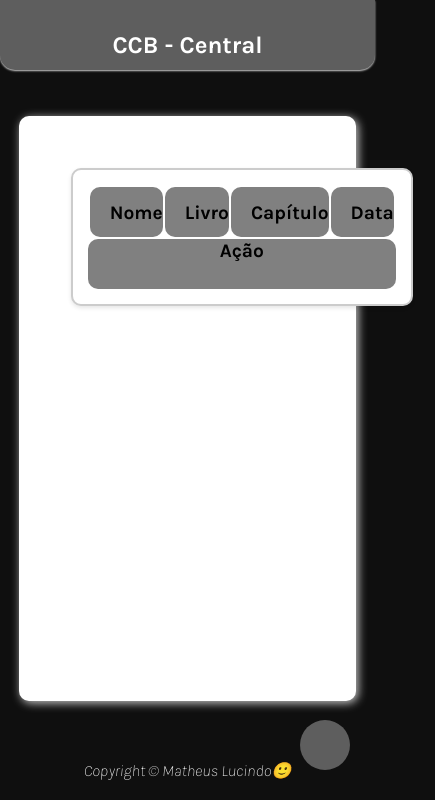
Repository: Matheus904-12/API-da-CCB
Page: index.html
An editor plug-in stored every save of this project. The page is shown before and after a run of saves, followed by the edit.
The browser window is 375 px wide. The page is 415 px wide, then 435 px, so the pictures cover 435 px, including what lies to the right of the window. The pictures show the whole page.

Above is the page before, as saved 2024-01-14 01:31:03.

After the next 3 saves:
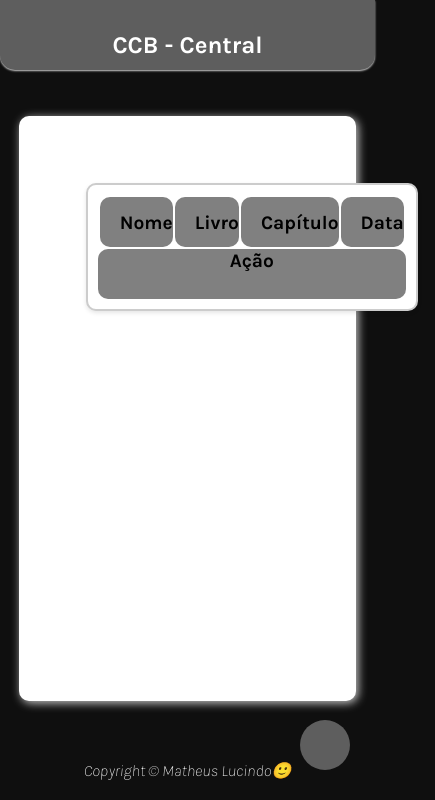
The 3 saves are shown as one change because they came seconds apart.
The last was saved 8 s later.
--- a/chat.css
+++ b/chat.css
@@ -48,7 +48,7 @@
         background-color: white;
         box-shadow: 0 2px 4px rgba(0, 0, 0, 0.1);
         padding: 10px;
-        padding: 15px;
+        margin: 15px;
     }
 
     .records td {
